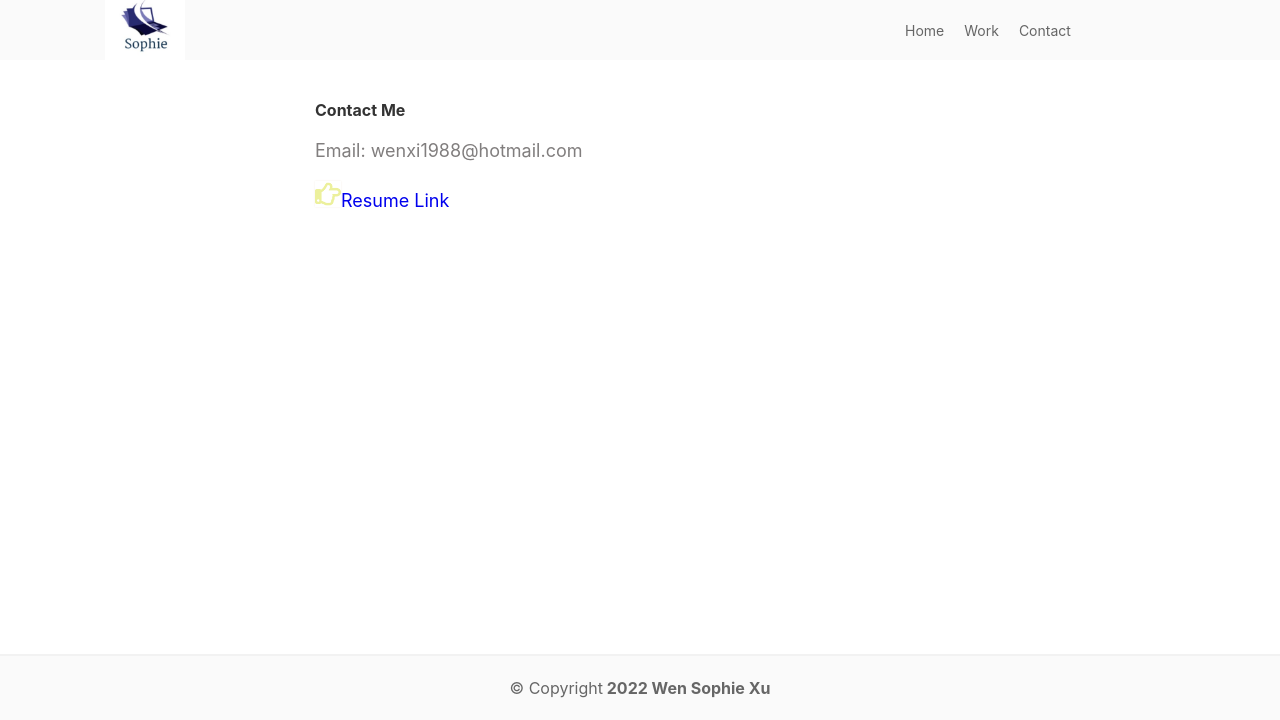
Repository: wenxi0504/myResume_app
Page: /contact
These files come from the project's save history. The page is drawn as it stood at one moment and after the next save; the edit follows.
The browser window is 1280 px wide. The pictures show the whole page.
The project was rebuilt for these pictures with package versions that can differ from the ones it lists, and the page was loaded fresh each time. Also part of the build but not shown: src/pages/HomePage/home.module.scss, src/pages/HomePage/index.js, src/pages/WorkPage/works.module.scss, src/components/WorkLists/work.module.scss, src/components/WorkLists/index.js, src/pages/WorkPage/index.js.

Above is the page before, as saved 2022-01-04 23:21:10.

### src/index.js
import React from 'react';
import ReactDOM from 'react-dom';
import './index.css';
import App from './pages/App';
import reportWebVitals from './reportWebVitals';
import { BrowserRouter as Router} from 'react-router-dom'



ReactDOM.render(
  <Router>
    <App />
  </Router>,
  document.getElementById('root')
);

// If you want to start measuring performance in your app, pass a function
// to log results (for example: reportWebVitals(console.log))
// or send to an analytics endpoint. Learn more: https://bit.ly/CRA-vitals
reportWebVitals();

### src/index.css
body {
  margin: 0;
  padding: 0;
  font-family: -apple-system, BlinkMacSystemFont, "Segoe UI", "Roboto", "Oxygen",
    "Ubuntu", "Cantarell", "Fira Sans", "Droid Sans", "Helvetica Neue",
    sans-serif;
  -webkit-font-smoothing: antialiased;
  -moz-osx-font-smoothing: grayscale;
}

code {
  font-family: source-code-pro, Menlo, Monaco, Consolas, "Courier New",
    monospace;
}


body, h1, h2, h3, h4, h5, h6, hr, p, blockquote, dl, dt, dd, ul, ol, li, pre, form, fieldset, legend, button, input, textarea, th, td {
  margin:0; padding:0;
}
body, button, input, select, textarea {
  font:12px/1.5tahoma, arial, \5b8b\4f53;
}
h1, h2, h3, h4, h5, h6{
  font-size:100%;
  color:rgb(51, 51, 51);
}
address, cite, dfn, em, var {
  font-style:normal;
}
code, kbd, pre, samp {
  font-family:couriernew, courier, monospace;
}
small{
  font-size:12px;
}
ul, ol {
  list-style:none;

}

a {
  text-decoration:none;
}

sup {
  vertical-align:text-top;
}
sub{
  vertical-align:text-bottom;
}
legend {
  color:#000;
}
fieldset, img {
  border:0;
}
button, input, select, textarea {
  font-size:100%;
}
table {
  border-collapse:collapse; border-spacing:0;
}


html,body,#root{
   width: 100%;
   height: 100%;
}

code {
  font-family: source-code-pro, Menlo, Monaco, Consolas, "Courier New",
    monospace;
}

### src/pages/App.js
import logo from "./logo.svg";
import styles from "./App.module.scss";
import { Link, Routes, Route } from "react-router-dom";
import HomePage from "./HomePage";
import WorkPage from "./WorkPage";
import Contact from "./Contact";
function App() {
  //get value of location

  return (
    <div className={styles.App}>
      {/*Header*/}
      <header className={styles.header}>
        <div className={styles.box}>
          <Link to="/">
            <div className={styles.boxleft}>
              <img src={require("../../src/assets/images/logo.jpg")} alt="sophie"/>
            </div>
          </Link>
          <div className={styles.boxright}>
            <Link to="/">
              <p>Home</p>
            </Link>
            <Link to="/works">
              <p>Work</p>
            </Link>
            <Link to="/contact">
              <p>Contact</p>
            </Link>
          </div>
        </div>
      </header>

      {/* Content */}
      <section className={styles.content}>
        <div>
          <Routes>
            <Route path="/" exact element={<HomePage />} />
            <Route path="/works" exact element={<WorkPage />} />
            <Route path="/contact" exact element={<Contact />} />
          </Routes>
        </div>
      </section>

      {/*footer*/}
      <footer className={styles.footer}>
        <p>
          © Copyright<b> 2022 Wen Sophie Xu</b>
        </p>
      </footer>
    </div>
  );
}

export default App;

### src/pages/App.module.scss
.App {
  display: flex;
  min-height: 100vh;
  flex-direction: column;
  .content {
    flex: 1;
    text-align: center;
  }
  .header {
    background-color: rgb(250, 250, 250);
    height: 60px;
    .selected {
      color: #333 !important;
      padding-bottom: 5px;
      border-bottom: 1.5px solid #333;
    }
    .box {
      width: 70%;
      height: 100%;

      display: flex;
      align-items: center;
      justify-content: space-between;
      a:hover {
        text-decoration: none;
      }
      .boxleft {
        img{
          width:80px;
          height:70px;
          object-fit:cover;
        }
        padding: 0px 5px 0px 100px;
        margin: 10px 5px;
      }


      .boxright {
        display: inline-flex;
        justify-content: flex-start;
        padding: 0px 5px 0px 100px;
        margin: 0px 5px 0px 600px;
        p {
          margin: 0px 10px;
          font-size: 14px;
          color: rgb(102, 102, 102);


        }

      }
      div {
        cursor: pointer;
      }
    }
  }
  .footer {
    text-align: center;
    padding: 20px 0px;
    margin-top: 10px;;
    color: rgb(102, 102, 102);
    background: #fafafa;
    border-top: 2px solid #f2f2f2;
    p {
      padding: 2px 0px;
    }
  }
}

### src/pages/Contact/index.js
// eslint-disable-next-line no-unused-vars
import React, { Component } from "react";
import styles from './contact.module.scss';

// eslint-disable-next-line import/no-anonymous-default-export
export default () => {
  return <div className={styles.wrap}>
    <div className={styles.box}>
      <div className={styles.title}>
        <h1>Contact Me</h1>
        <p>Email: wenxi1988@hotmail.com</p>
        <img src={require("../../assets/images/8530611_hand_point_right_icon.png")} alt="right pointer"/>
        <a  href={"https://onedrive.live.com/embed?cid=962C89212FFCD98B&resid=962C89212FFCD98B%2127301&authkey=ANmidHzG6CnqqhE"}>Resume Link</a>

          </div>
    </div>

  </div>;
};

### src/pages/Contact/contact.module.scss
.wrap {
  text-align: left;
  flex: 1;
  .box {
    width: 650px;
    margin: 0px auto;
    padding: 40px 0px;
    .title {

      .backgroundColor{
        background: #cddfc7;
        h1 {

          font-size: 24px;
        }

      }

      p {
        color: rgb(129, 126, 126);
        padding-top: 20px;
        font-size: 18px;
      }
      img {
        width: 4%;
        margin-top: 20px;
        box-shadow: 0px 0px 2px 0px rgb(246, 239, 233);
      }
    img:hover {
      box-shadow: 0px 0px 15px 3px rgb(252, 115, 2);
    }
      a {
        margin-top: 20px;
        padding-top: 60px;
        font-size: 18px;
      }
    }
  }
}

Loaded but not shown: public/index.html (common file); src/reportWebVitals.js (common file)

After the next save:
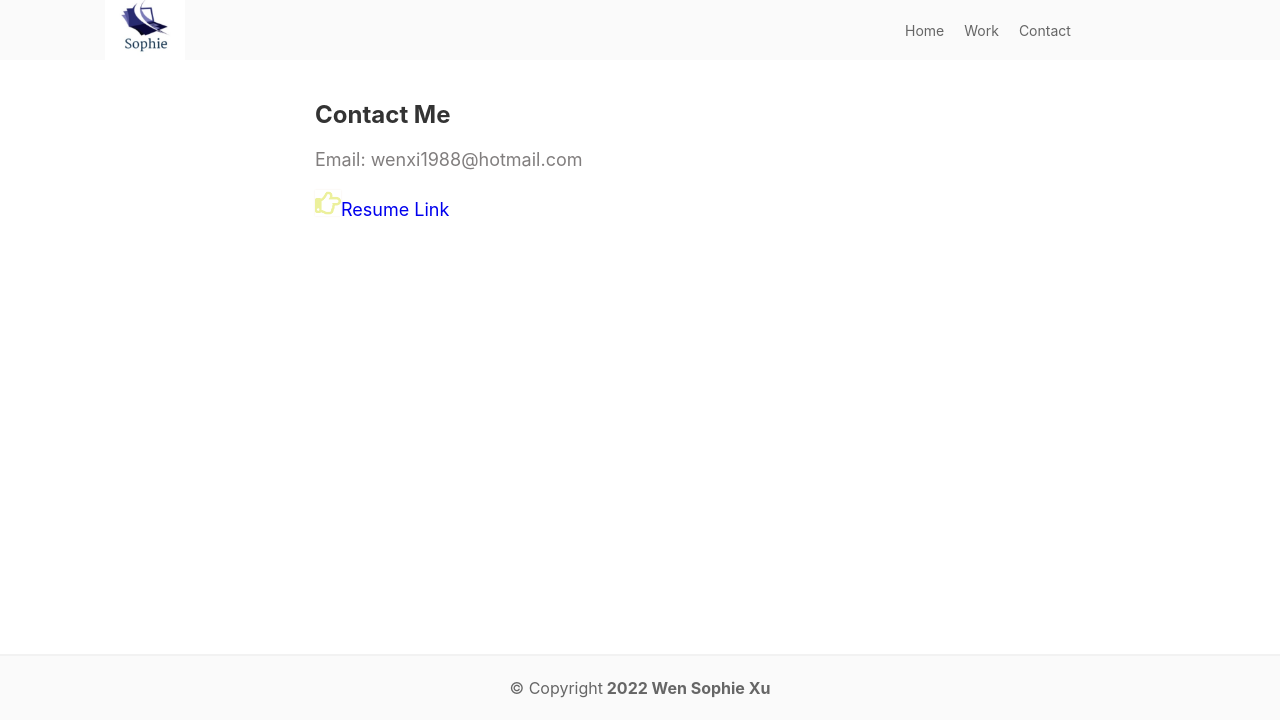
Saved 16 s later.
--- a/src/pages/Contact/contact.module.scss
+++ b/src/pages/Contact/contact.module.scss
@@ -9,11 +9,12 @@
 
       .backgroundColor{
         background: #cddfc7;
-        h1 {
 
-          font-size: 24px;
-        }
 
+      }
+      h1 {
+
+        font-size: 24px;
       }
 
       p {
